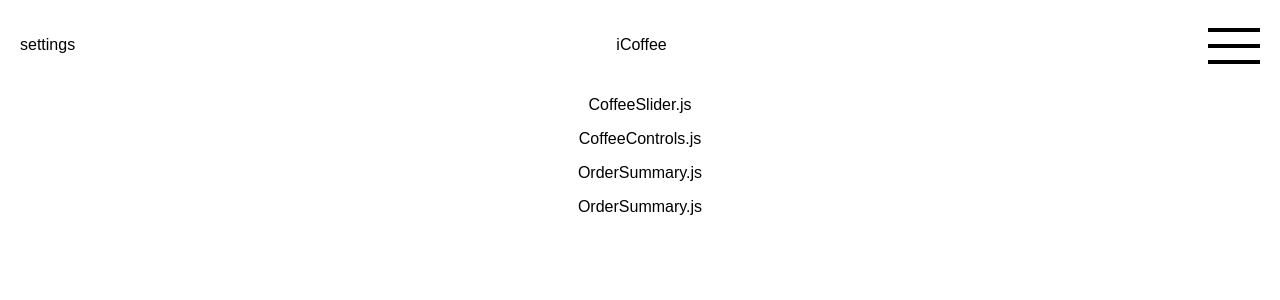
Repository: BG-Guy/CoffeeBuilder
Page: /
These files come from the project's save history. The page is drawn as it stood at one moment and after the next save; the edit follows.
The browser window is 1280 px wide. The pictures show the whole page.
The project was rebuilt for these pictures with package versions that can differ from the ones it lists, and the page was loaded fresh each time.

Above is the page before, as saved 2020-08-15 11:58:01.

After the next save:
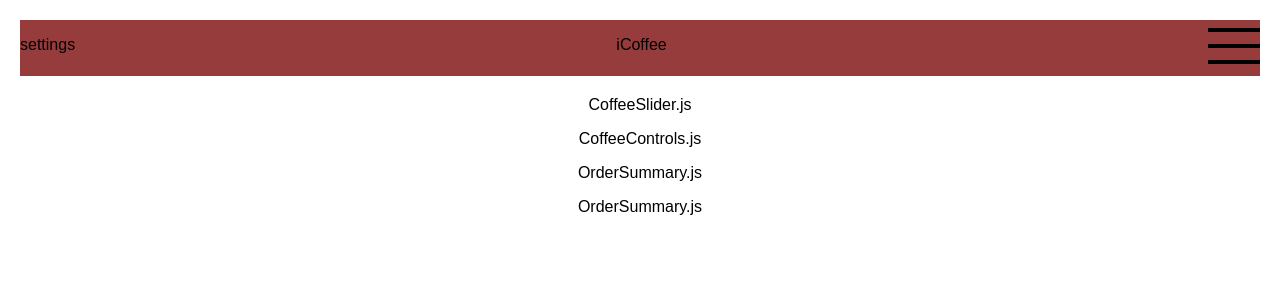
Saved 12 min 47 s later.
--- a/src/Components/Navigation/Navigation.css
+++ b/src/Components/Navigation/Navigation.css
@@ -2,4 +2,5 @@
     display: flex;
     justify-content: space-between;
     margin: 20px;
+    background-color: #963c3c;
 }
